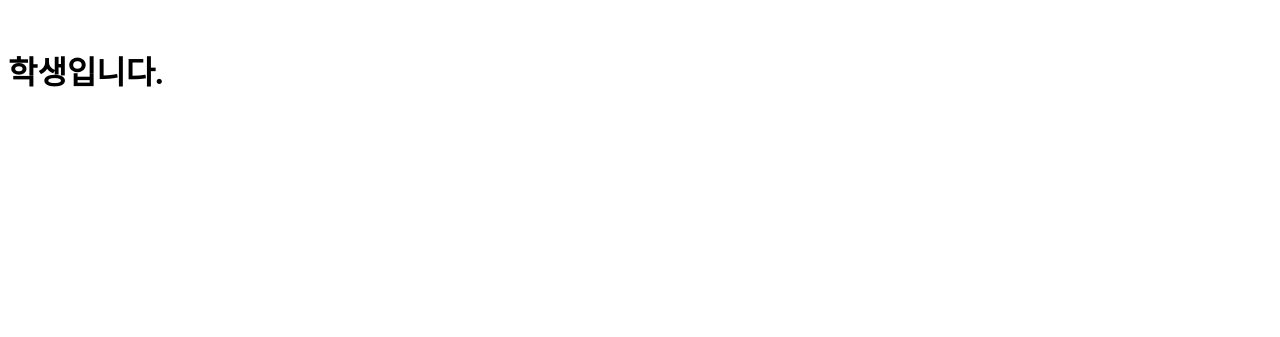
Repository: eyonghwan/jsp_practice
Page: http://localhost/JSPBasic/JspObject/4.objecttest/bus_junior.jsp
These files come from the project's save history. The page is drawn as it stood at one moment and after the next save; the edit follows.
The browser window is 1280 px wide. The pictures show the whole page.
The page is served by Tomcat 9.

Above is the page before, as saved 2022-02-07 05:24:44.

After the next save:
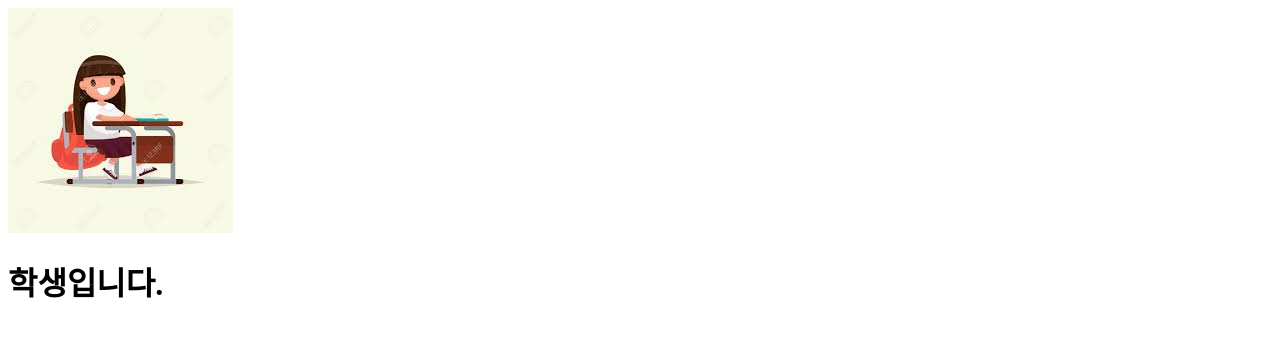
Saved 6 s later.
--- a/JSPBasic/src/main/webapp/JspObject/4.objecttest/bus_junior.jsp
+++ b/JSPBasic/src/main/webapp/JspObject/4.objecttest/bus_junior.jsp
@@ -7,7 +7,7 @@
 <title>학생</title>
 </head>
 <body>
-	<image href="repository/junior.jpg">
+	<img src="repository/junior.jpg">
 	<h1>학생입니다.</h1>
 </body>
 </html>
